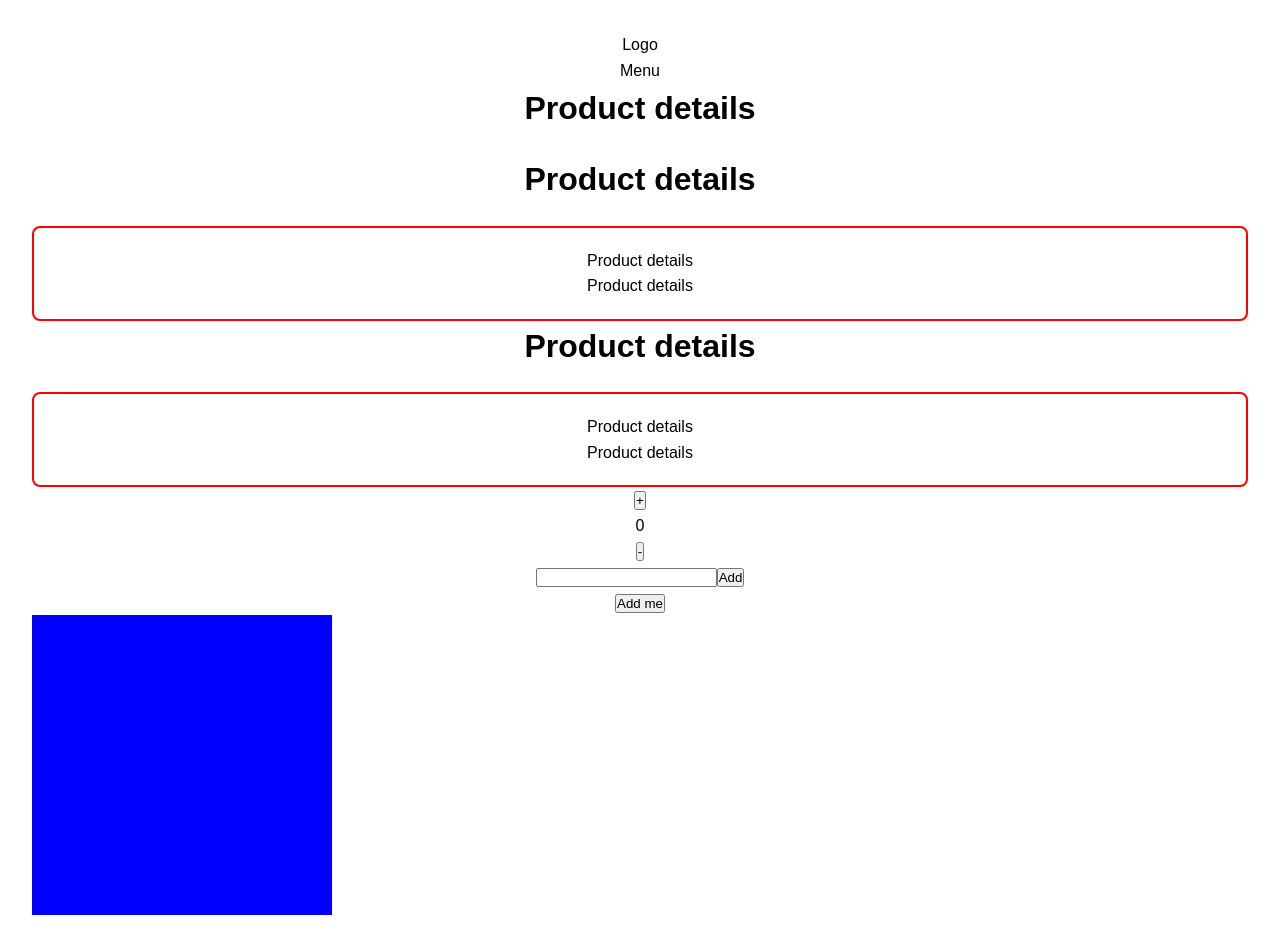
Repository: Manny1294/react-learning
Page: /
An editor plug-in stored every save of this project. The page is shown before and after the next save, followed by the edit.
The browser window is 1280 px wide. The pictures show the whole page.
The project was rebuilt for these pictures with package versions that can differ from the ones it lists, and the page was loaded fresh each time. Also part of the build but not shown: vite.config.js.

Above is the page before, as saved 2026-01-30 16:26:37.

### index.html
<!doctype html>
<html lang="en">
  <head>
    <meta charset="UTF-8" />
    <link rel="icon" type="image/svg+xml" href="/vite.svg" />
    <meta name="viewport" content="width=device-width, initial-scale=1.0" />
    <title>my-react-lesson</title>
  </head>
  <body>
    <div id="root"></div>
    <script type="module" src="/src/main.jsx"></script>
  </body>
</html>

### src/index.css
* {
  margin: 0;
  padding: 0;
  box-sizing: border-box;
}

body {
  font-family: Arial, Helvetica, sans-serif;
  line-height: 1.6;
}

### src/App.jsx
import "./App.css";
import ProductCard from "./components/ProductCard";
import NavBar from "./components/NavBar";
import PerfumeImg from "./assets/perfume.jpg";
import Counter from "./components/Counter";
import Todos from "./components/TodoList";
import Toggle from "./components/Toggle";

export default function App() {
  const Product = {
    name: "beans",
    price: "200",
    image: PerfumeImg,
    description: "Nigerian-made long grain rice",
  };
  const Product2 = {
    name: "orange",
    price: "700",
    image: PerfumeImg,
    description: "home made orange",
  };
  return (
    <div>
      <NavBar />
      <h1 style={{ marginBottom: "20px" }}>Product details</h1>
      <ProductCard
        name={Product.name}
        price={Product.price}
        image={Product.image}
        description={Product.description}
      />
      <ProductCard
        name={Product2.name}
        price={Product2.price}
        image={Product2.image}
        description={Product2.description}
      />
      <Counter />
      <Todos />
      <Toggle />
    </div>
  );
}

// export default App;

### src/components/ProductCard.jsx
import "./ProductCard.css";

function ProductCard() {
  return (
    <>
      <h1 style={{ marginBottom: "20px" }}>Product details</h1>
      <div className="card">
        {/* left- pictures */}
        <div>
          <p>Product details</p>
        </div>
        <div>
          <p>Product details</p>
        </div>
      </div>
    </>
  );
}

export default ProductCard;

### src/components/NavBar.jsx
export default function NavBar() {
  return (
    <div>
      <div>
        <p>Logo</p>
      </div>
      <div>
        <p>Menu</p>
      </div>
    </div>
  );
}

### src/components/Counter.jsx
import { useState } from "react";
export default function Counter() {
  const [count, setCount] = useState(0);

  function increaseCount() {
    setCount(count + 1);
  }

  function decreaseCount() {
    if (count > 0) {
      setCount(count - 1);
    }
  }
  return (
    <>
      <button onClick={increaseCount}>+</button>
      <p>{count}</p>
      <button onClick={decreaseCount}>-</button>
    </>
  );
}

### src/components/TodoList.jsx
import { useState } from "react";

export default function Todos() {
  const [todos, setTodos] = useState([]);
  // to track changes when typing in the input textbox
  const [input, setInput] = useState("");

  // to add todo item to the todos array and clear the input to an empty string afterwards
  function addTodos() {
    setTodos([...todos, input]);
    setInput("");
  }
  return (
    <>
      <div>
        <input
          type="text"
          value={input}
          onChange={(event) => {
            console.log("Typing:", event.target.value);
            setInput(event.target.value);
          }}
        ></input>

        <button onClick={addTodos}>Add</button>

        {/* conditional rendering */}
        <ol>
          {todos.map((todo, index) => (
            <li key={index}>{todo}</li>
          ))}
        </ol>
      </div>
    </>
  );
}

### src/components/Toggle.jsx
import { useState } from "react";

export default function Toggle() {
  const [isdark, setIsDark] = useState(false);

  return (
    <>
      <div>
        <button>Add me</button>
        <div
          style={{
            backgroundColor: isdark ? "black" : "blue",
            width: "300px",
            height: "300px",
          }}
        ></div>
      </div>
    </>
  );
}

### src/components/ProductCard.css
.card {
  border: 2px solid hsl(0, 100%, 50%);
  padding: 20px;
  border-radius: 8px;
}

Loaded but not shown: src/main.jsx (common file); src/App.css (common file)

After the next save:
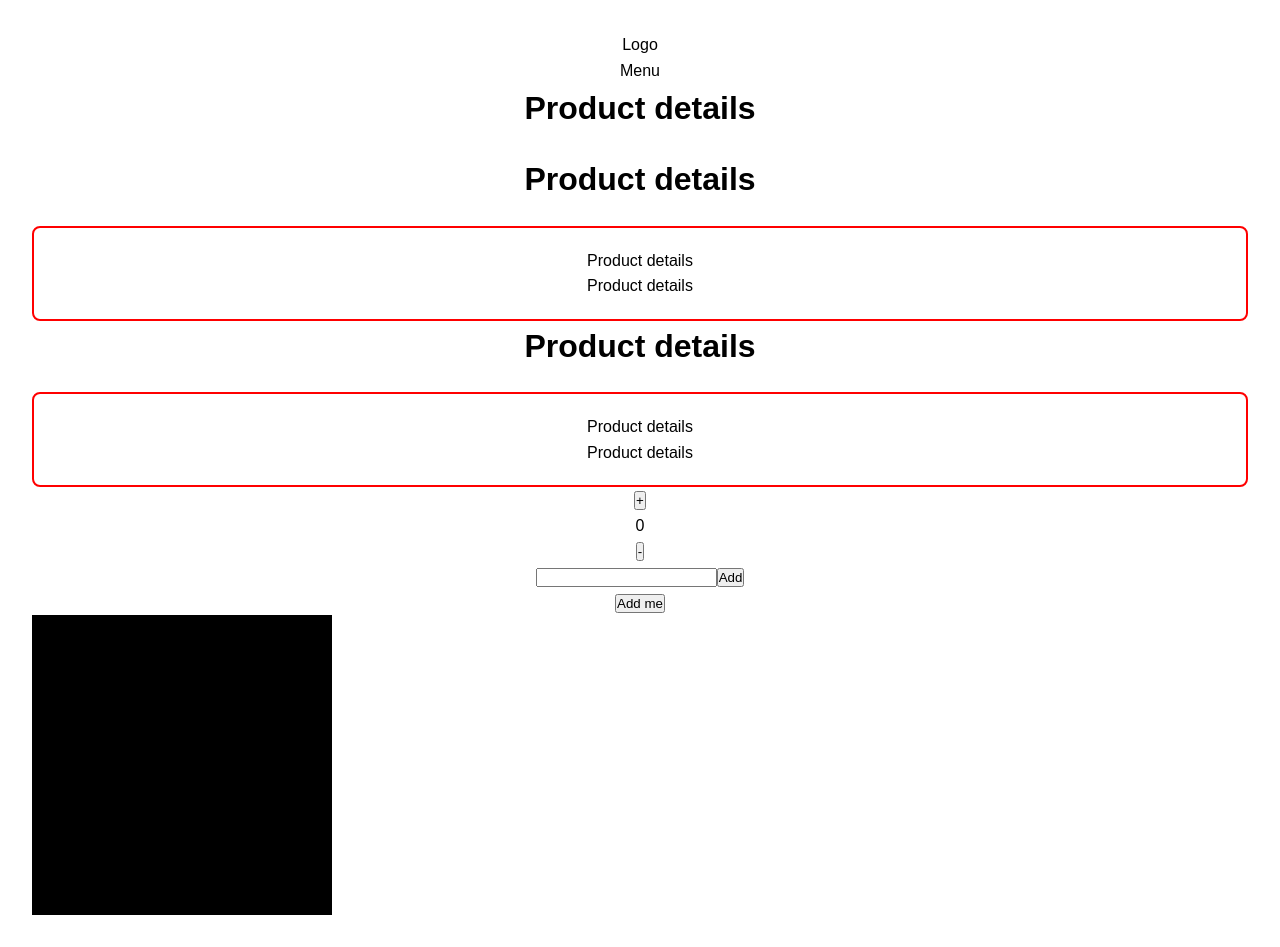
Saved 15 s later.
--- a/src/components/Toggle.jsx
+++ b/src/components/Toggle.jsx
@@ -9,7 +9,7 @@ export default function Toggle() {
         <button>Add me</button>
         <div
           style={{
-            backgroundColor: isdark ? "black" : "blue",
+            backgroundColor: isdark ? "black" : "black",
             width: "300px",
             height: "300px",
           }}
